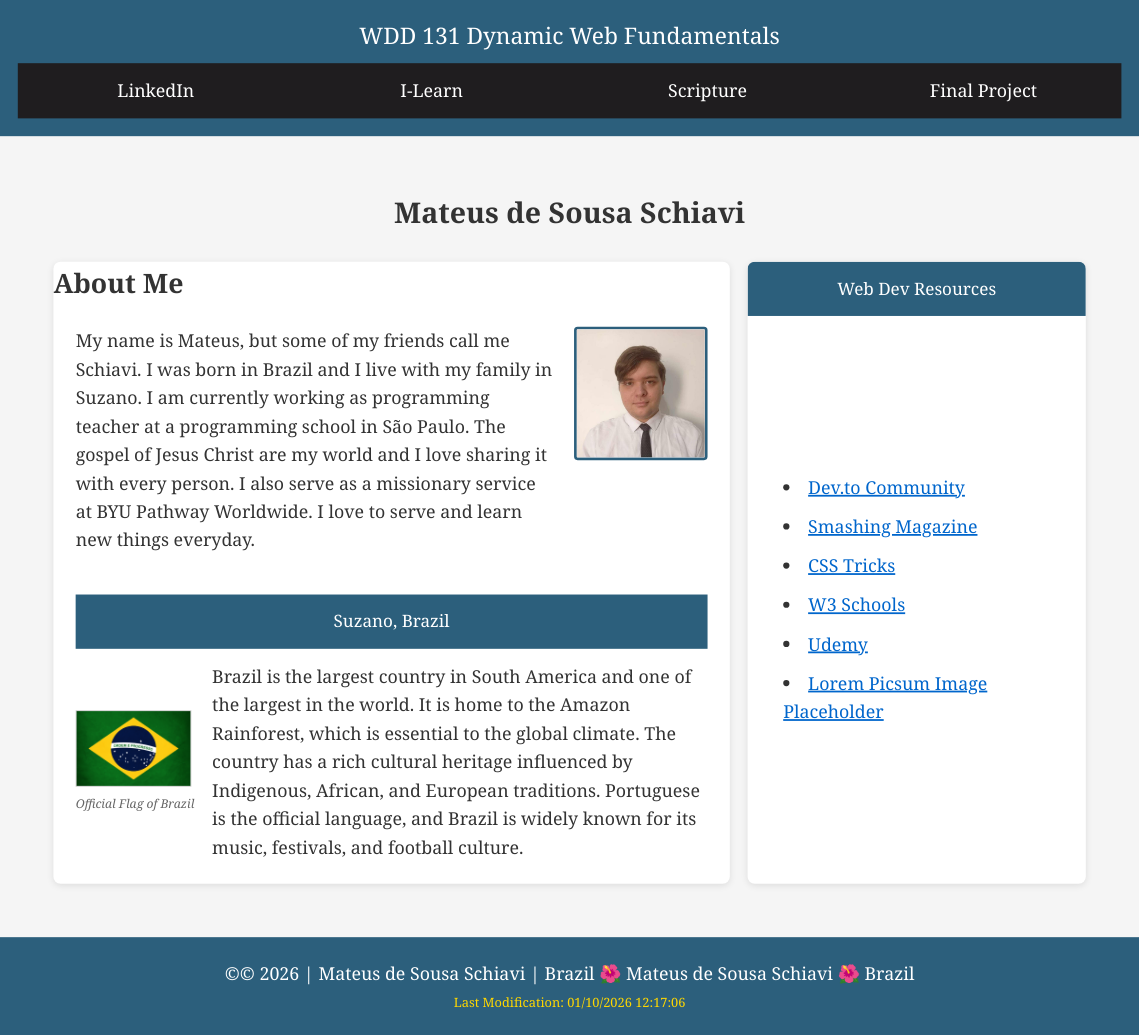
Repository: mateus-schiavi/wdd131
Page: index.html
The author's editor kept a copy of each file at every save. The page is drawn from the files as they stood at one save, then again after the next save.
The browser window is 1280 px wide. The pictures show the whole page, at 89% of full size.
Some web fonts or font styles are not loaded; a fallback is used.

Above is the page before, as saved 2026-01-10 19:10:13.

After the next save:
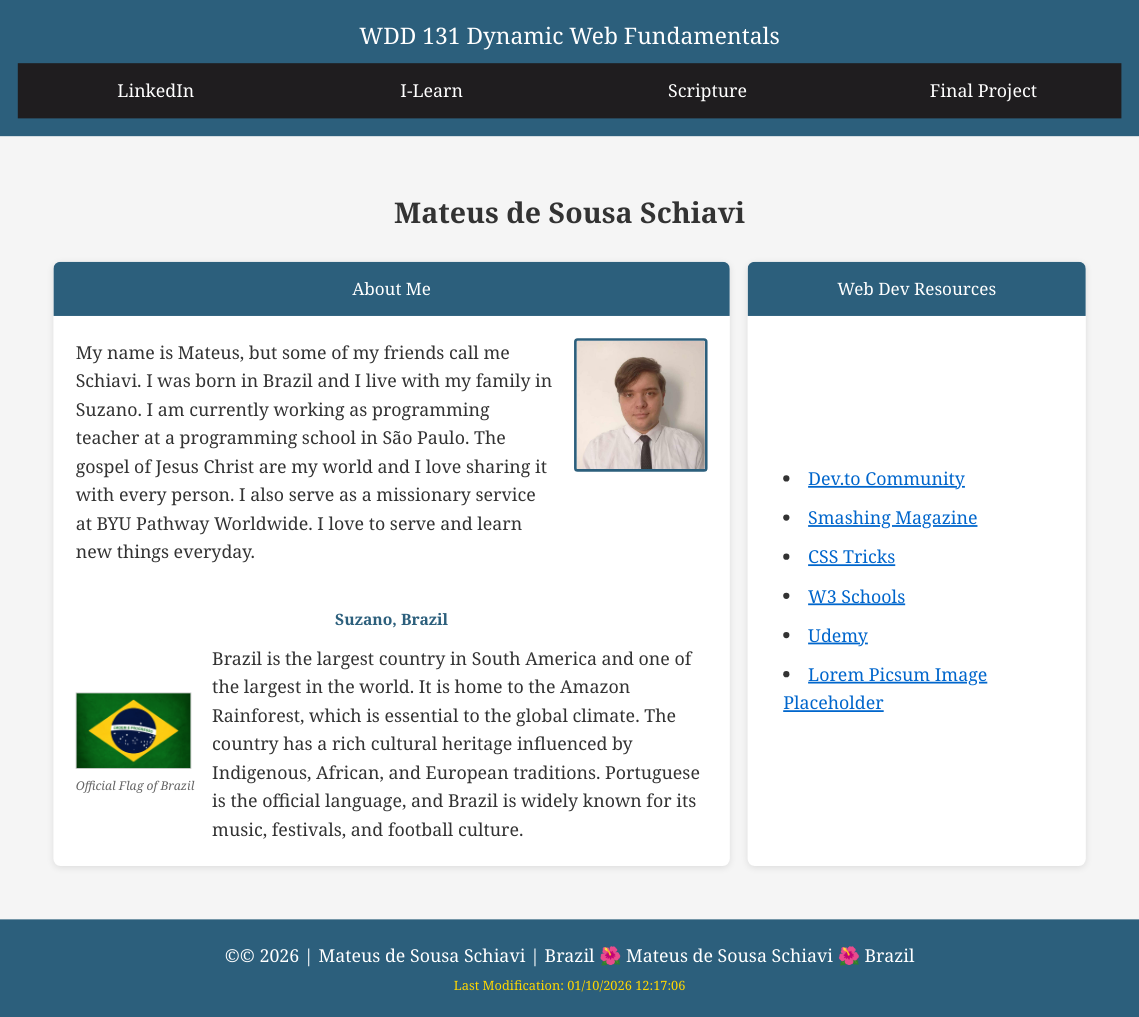
Saved 46 s later.
--- a/index.html
+++ b/index.html
@@ -32,7 +32,7 @@
         <h1>Mateus de Sousa Schiavi</h1>
         <div class="content-wrapper">
             <section class="card about-card">
-                <h2>About Me</h2>
+                <h3>About Me</h3>
                 <div class="about-content">
                     <div class="text-content">
                         <p>
@@ -46,7 +46,7 @@
                     <img src="./images/profile.jpg" alt="Profile picture of Mateus de Sousa Schiavi">
                 </div>
                 <div class="country">
-                    <h3>Suzano, Brazil</h3>
+                    <h4>Suzano, Brazil</h4>
                     <div class="country-content">
                         <figure>
                             <img src="./images/brazilian_flag.jpg" alt="Official flag of Brazil">
